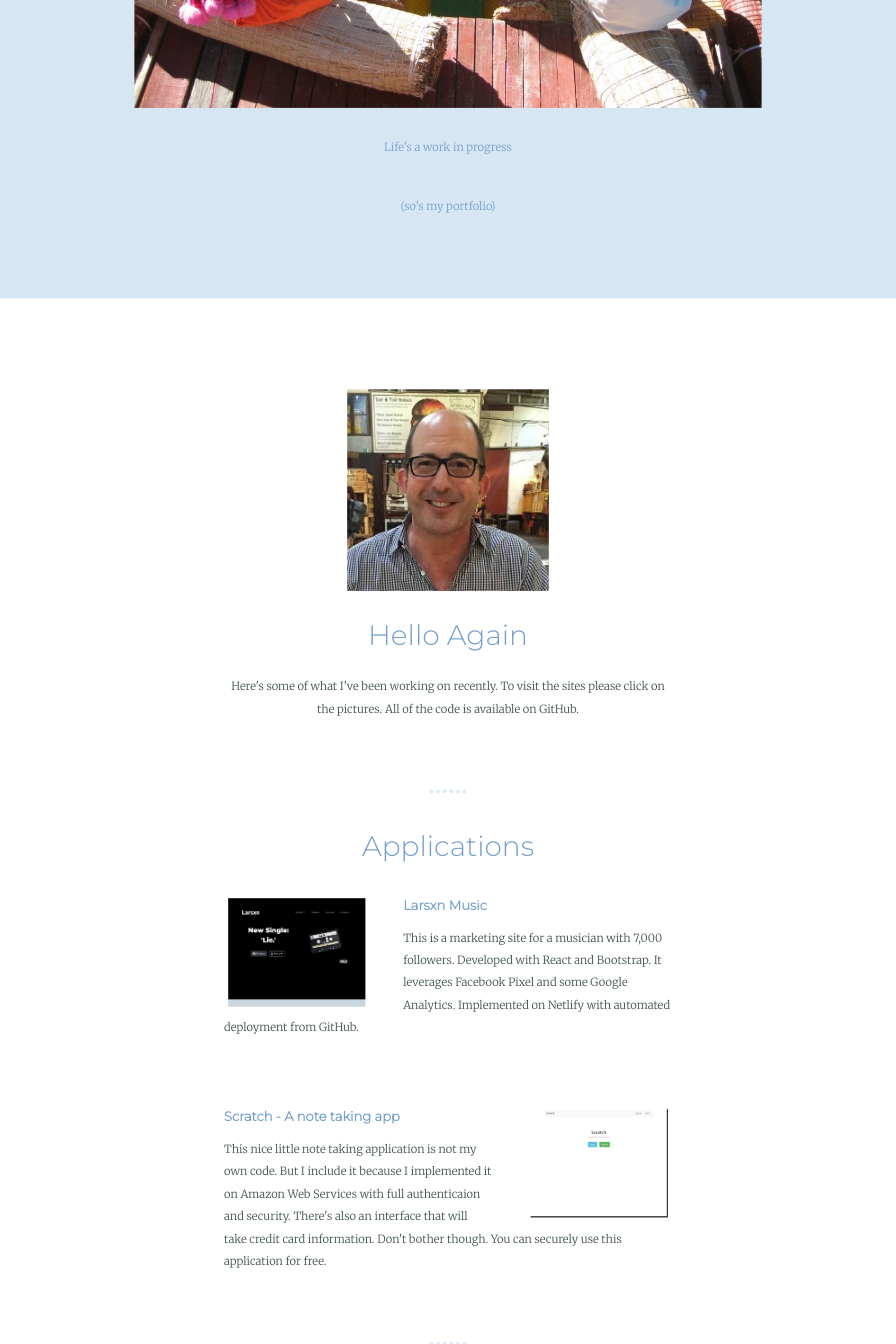
Repository: EpiTao-LLC/Personal_web_page
Page: pages/portfolio.html
These files come from the project's save history. The page is drawn as it stood at one moment and after the next save; the edit follows.
The browser window is 1280 px wide. The pictures show the part of the page from y = 843 to 2763 px (the page is 3436 px tall before and 3400 px after), at 70% of full size.

Above is the page before, as saved 2020-10-11 16:33:26.

### pages/portfolio.html
<!DOCTYPE html>
<html lang="en">
<head>
    <meta charset="UTF-8">
    <meta name="viewport" content="width=device-width, initial-scale=1.0">
    <title>Chris Larson</title>
    <link rel="stylesheet" href="../css/styles.css">
    <link href="https://fonts.googleapis.com/css2?family=Merriweather:wght@300&family=Montserrat:wght@300&family=Sacramento&display=swap" rel="stylesheet">
    <link rel="apple-touch-icon" sizes="180x180" href="favicon_package_v0.16/apple-touch-icon.png">
    <link rel="icon" type="image/png" sizes="32x32" href="favicon_package_v0.16/favicon-32x32.png">
    <link rel="icon" type="image/png" sizes="16x16" href="favicon_package_v0.16/favicon-16x16.png">
    <link rel="manifest" href="favicon_package_v0.16/site.webmanifest">
    <link rel="mask-icon" href="favicon_package_v0.16/safari-pinned-tab.svg" color="#5bbad5">
    <meta name="msapplication-TileColor" content="#da532c">
    <meta name="theme-color" content="#ffffff">
</head>
<body>
    <div class = "top-container">
        <h1>My Portfolio</h1>
        <h2>"The journey is the reward"</h2>
        <img class="cover-img" src="/images/Lake _Titicaca.jpeg" alt="Lake Titicaca image">
        <p>Life's a work in progress</p><br>
        <p>(so's my portfolio)</p>
      </div>
    <div class="middle-container">
        <div class="profile">
          <br>
          <img class="my-img" src="/images/Holiday_Denmark.jpeg"  alt="Chris Pic">
          <h2>Hello Again</h2>
          <p>
            Here's some of what I've been working on recently.  To visit the sites please click on the pictures.  All of the
            code is available on GitHub.
            </p>
        </div>
        <hr>
        <div class="skills">
          <h2>Applications</h2>
          <div class="skill-row">
            <button  class='input-button button-img-1'>
                <img class= 'skills-img-1' src="/images/Larsxn_Music.PNG" alt="Larsxn.com website"
                onclick = "window.location.href = 'https://www.larsxn.com'">
            </button>
            <!-- <img class="skills-img-1" src="/images/Larsxn_Music.png" alt="Larsxn.com"> -->
            <div >
            <h3 class="for-mobile">Larsxn Music</h3>
            <p> This is a marketing site for a musician with 7,000 followers.  Developed with React and Bootstrap.
              It leverages Facebook Pixel and some Google Analytics. Implemented on
              Netlify with automated deployment from GitHub.
            </p>
             </div>
          </div>
          <div class="skill-row">
            <button  class='input-button button-img-2'>
              <img class= 'skills-img-2' src="/images/Scratch_Note_Taking_App.PNG" alt="Scratch Note Taking website"
              onclick = "window.location.href = 'https://notes-app.calarsonllc.com'">
            </button>
            <h3 class="for-mobile">Scratch - A note taking app</h3>
            <p>This nice little note taking application is not my own code.  But I include it
              because I implemented it on Amazon Web Services with full authenticaion and security.
              There's also an interface that will take credit card information.  Don't bother though.
              You can securely use this application for free.
            </p>
          </div>
        </div>
        <hr>
        <div class="contact-me">
          <h2>I hope to hear from you</h2>
          <h3>Please do reach out if you need a new website, some design and development work, or a partner on a project.</h3>
          <p class="contact-message">Let's connect.</p>
          <a class="btn" href="mailto:chris@epitao.com">CONTACT ME</a>
        </div>
      </div>
      <div class="bottom-container">
        <a class="footer-link" href="https://chris.epitao.com/">Home</a>
        <a class="footer-link" href="https://www.linkedin.com/in/christopheralarson//">LinkedIn</a>
        <a class="footer-link" href="https://www.facebook.com/chris.larson">Facebook</a>
        <a class="footer-link" href="https://github.com/clarson10024//">Portfolio</a>
        <a class="footer-link" href="https://github.com/clarson10024//">GitHub</a>
        <p class="copyright"> copyright © 2020 EpiTao LLC <br><br>
        <img class="logo-img" src="/images/EpiTao_logo.jpg" alt="EpiTao logo">
        </p>
      </div>
</body>
</html>

### css/styles.css
body {
    margin: 0;
    margin: auto;
    text-align: center;
    font-family: 'Merriweather', serif;
    font-weight: normal;
    color:  #40514E;
}
h1 {
    margin: 0px auto 0 auto;
    font-family: 'Montserrat', sans-serif;
    font-size: 5rem;
    line-height: 2.0;
    color: #769FCD;
}
h2 {
    font-family: 'Montserrat', sans-serif;
    font-size: 2.5rem;
    font-weight: normal;
    color: #769FCD
}
h3 {
    font-family: 'Montserrat', sans-serif;
    font-weight: 900;
    color: #769FCD
}
p {
    line-height: 2;
}
hr {
    border-color:  #d6e6f2;
    border-width: 5px;
    border-style: dotted none none;
    height: 0px;
    width: 4%;
    margin: 100 auto 100 auto;
}
.top-container {
    background-color: #d6e6f2;
    color: #769FCD;
    position: relative;
    padding-top: 50px;
    padding-bottom: 100px;
}
.middle-container {
    max-width: 2000px;
    padding-top: 10px;
    padding-bottom: 5px;
    margin: 50px auto 100px auto;

}
.bottom-container {
    margin-top: 100px;
    padding: 30px 0 50px;
    font-size: 10px;
    background-color: #769FCD;
    color: #f7fbfc  ;
}
.profile{
    width: 50%;
    margin: 50px auto 100px auto;
    text-align: center;
}
.skills {
    margin-top: 50px;
}
.skill-row {
    width: 50%;
    margin: 50px auto 100px auto;
    text-align: left;
}
.contact-me {
    margin-top: 50px;
    margin-left: 50px;
    margin-right: 50px;

}
.contact-message {
    width: 60%;
    margin: 40px auto 60px;
}
.footer-link {
    font-size: 20px
}
.copyright {
    color: #b9d7ea;
    font-size: 0.5rem;
    padding: 20px 0;
}

.btn {
    background: #769FCD;
    background-image: -webkit-linear-gradient(top, #769FCD, #7A95C3);
    background-image: -moz-linear-gradient(top, #769FCD, #7A95C3);
    background-image: -ms-linear-gradient(top, #769FCD, #7A95C3);
    background-image: -o-linear-gradient(top, #769FCD, #7A95C3);
    background-image: linear-gradient(to bottom, #769FCD, #7A95C3);
    -webkit-border-radius: 8px;
    -moz-border-radius: 8px;
    border-radius: 8px;
    color: #FFFFFF;
    font-family: 'Montserrat', sans-serif;
    font-size: 14px;
    font-weight: 100;
    padding: 8px;
    border: solid #337FED 1px;
    text-decoration: none;
    display: inline-block;
    cursor: pointer;
    text-align: center;
}

.btn:hover {
    border: solid #337FED 1px;
    background: #7A95C3;
    background-image: -webkit-linear-gradient(top, #7A95C3, #769FCD);
    background-image: -moz-linear-gradient(top, #7A95C3, #769FCD);
    background-image: -ms-linear-gradient(top, #7A95C3, #769FCD);
    background-image: -o-linear-gradient(top, #7A95C3, #769FCD);
    background-image: linear-gradient(to bottom, #7A95C3, #769FCD);
    -webkit-border-radius: 7px;
    -moz-border-radius: 7px;
    border-radius: 7px;
    text-decoration: none;
}

a:link {
    font-family: 'Montserrat', sans-serif;
    text-decoration: none;
    color: #b9d7ea;
    margin: 10px 20px;

}
a:visited {
    color: #b9d7ea
}
a:hover{
    color: #f7fbfc
}
.cover-img {
    width: 70%;
    height: 70%;
    margin-bottom: 20px;
}
.profile{
    width: 50%;
    margin: 50px auto 100px auto;
    text-align: center;
}
.my-img {
    width: 45%;
    height: 45%;
    float: fit-content;
}

.skills-img-1 {
    width: 45%;
    height: 45%;
    float: left;
    margin-right: 30px;
}
.skills-img-2 {
    width: 45%;
    height: 45%;
    float: right;
    margin-left: 30px;
}
/* .input-button:focus {
    outline: 0;
} */
/* *:focus {
    outline: 0 !important;
} */
.input-button {
    display: block;
    border: none;
    background-color: transparent;
    outline: none;
    margin: 0;
    border: none;
    color: none;
    height: 0%;
    width: 0%;
}
.button-img-1:hover {
    transform: scale(1.10);
}
.button-img-1 {
    width: 70%;
    height: 70%;
    float: left;
    margin-right: -30%;
    outline: 0;
}
.button-img-2:hover {
    transform: scale(1.10);
}
.button-img-2 {
    width: 70%;
    height: 70%;
    float: right;
    margin-left: -30%;
    outline: none;
}
.logo-img {
    width: 2.0%;
    height: 2.0%;
}

  /* Mobile Styling */

  @media (max-width: 780px) {
    h3 {
        font-size: 1.25rem;
        margin-left: 20px;
        margin-right: 20px;
    }
    .profile{
        width: 80%;
        margin: 50px auto 100px auto;
        text-align: center;
    }

    .middle-container {
        text-align: center;
        position: relative;
        margin-top: 100px;

    }
    .skills {
        align-content: center;
    }
    .skill-row {
        display: block;
        width: 80%;
        margin: 50px auto 50px auto;
        text-align: center;
    }
    .for-mobile {
        display: inline-flex;
        content: '\a\a';
        white-space: pre;
    }
    .my-img {
        width: 90%;
        height: 90%
    }
    .skills-img-1, .skills-img-2, .cover-img{

        width: 100%;
        height: 100%;
        padding: 0;
        float: fit-content;
        margin-left: 0px;
        margin-right: 0px;
        margin-bottom: 1rem;
    }
    .skills-img-1:after, .skills-img-2:after{
        display: inline-flex;
        content: '\a\a';
        white-space: pre;
    }
    .button-img-1, .button-img-2, .cover-img{
        width: 100%;
        height: 100%;
        padding: 0;
        float: fit-content;
        margin-left: 0px;
        margin-right: 0px;
        margin-bottom: 1rem;
    }
    .skills-img-1:after, .skills-img-2:after{
        display: inline-flex;
        content: '\a\a';
        white-space: pre;
    }
    .contact-me {
        margin-top: 50px;
        margin-left: 15px;
        margin-right: 15px
    }
    .contact-message {
        width: 80%;
        margin: 40px auto 60px;
    }
    .bottom-container {
        text-align: center;
    }
    .logo-img {
        width: 5%;
        height: 5%;
    }
}
@media (hover: hover) {
    button:hover {
        outline:0;
    }
}

After the next save:
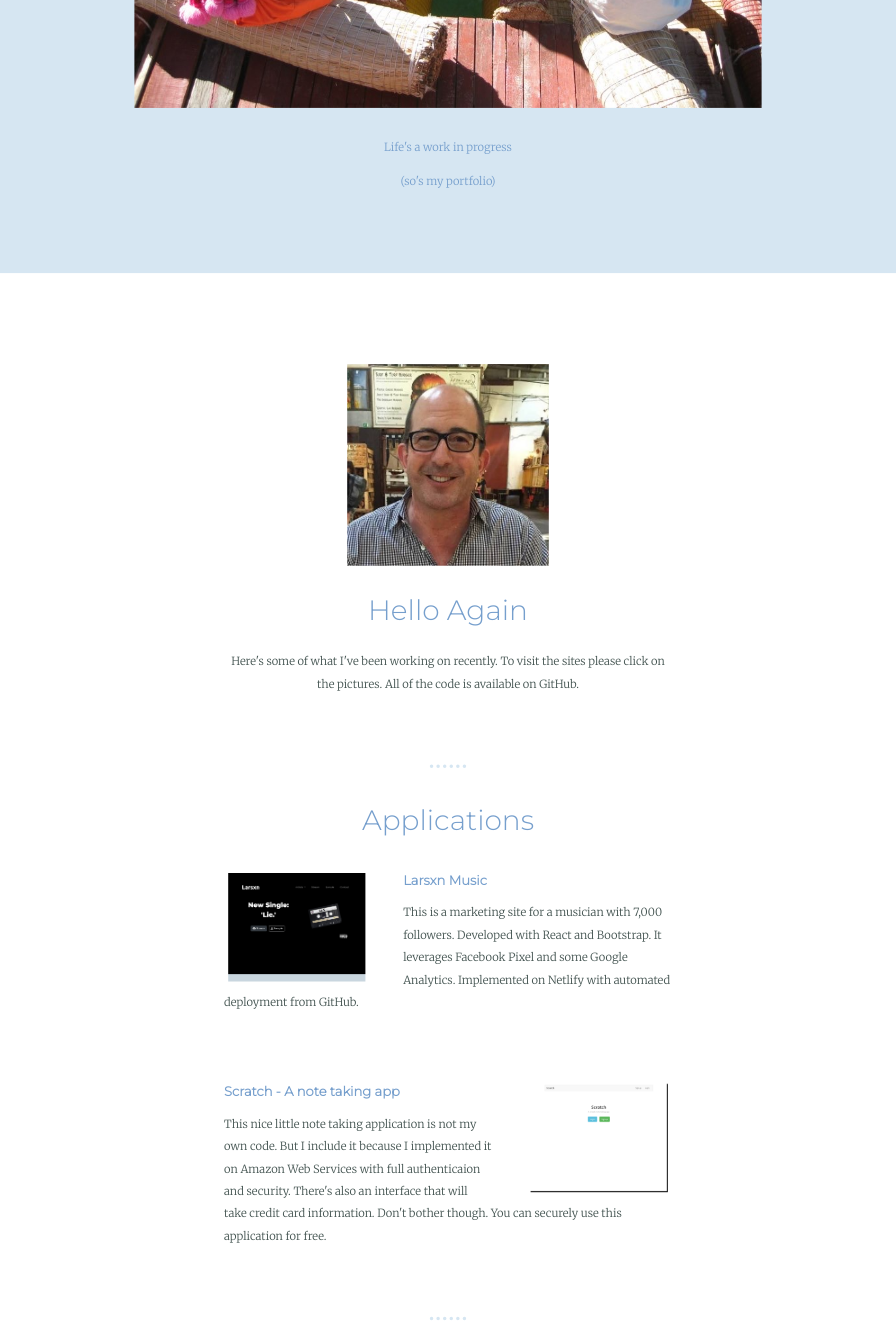
Saved 39 s later.
--- a/pages/portfolio.html
+++ b/pages/portfolio.html
@@ -19,7 +19,7 @@
         <h1>My Portfolio</h1>
         <h2>"The journey is the reward"</h2>
         <img class="cover-img" src="/images/Lake _Titicaca.jpeg" alt="Lake Titicaca image">
-        <p>Life's a work in progress</p><br>
+        <p>Life's a work in progress</p>
         <p>(so's my portfolio)</p>
       </div>
     <div class="middle-container">
